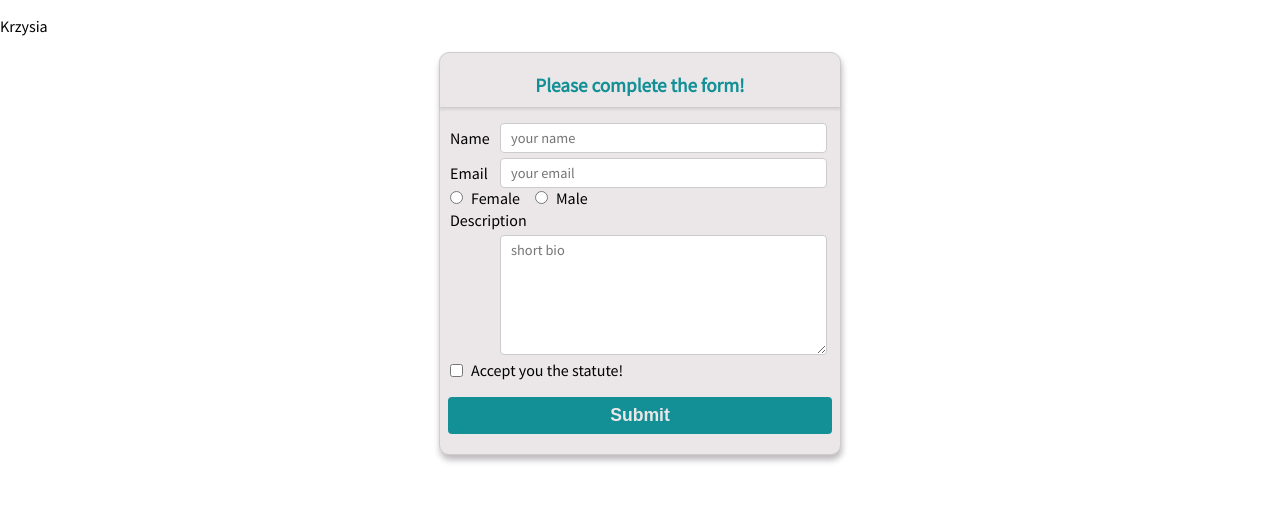
Repository: KrzysKolo/sr_tydzien4_zad2
Page: /
These files come from the project's save history. The page is drawn as it stood at one moment and after the next save; the edit follows.
The browser window is 1280 px wide. The pictures show the whole page.
The project was rebuilt for these pictures with package versions that can differ from the ones it lists, and the page was loaded fresh each time. Also part of the build but not shown: src/components/formComponents/ErrorMessage.js, src/components/formComponents/Message.js.

Above is the page before, as saved 2020-11-27 23:49:37.

### src/index.css
@import url("https://fonts.googleapis.com/css?family=Source+Sans+Pro");
body {
  margin: 0;
  font-family: "Source Sans Pro", sans-serif;
}

code {
  font-family: source-code-pro, Menlo, Monaco, Consolas, "Courier New",
    monospace;
}

### src/App.js
import React from 'react'
import Form from './components/Form';

function App() {
  return (
    <div>
      <p>Krzysia</p>
      <Form />
    </div>
  )
}

export default App

### src/components/Form.js
import React, { Component } from 'react';
import Input from './formComponents/Input';
import TextArea from './formComponents/TextArea';
import Checkbox from './formComponents/Checkbox';
import Radio from './formComponents/Radio';
import Button from './formComponents/Button';
import Header from './formComponents/Header';
import Message from './formComponents/Message';
import radioOptions from './data/RadioOptions';
import styled from 'styled-components';

const ContainerForm = styled.form`
width: 80%;
max-width: 400px;
background: rgb(235, 231, 232);
border: 1px solid rgb(206, 204, 204);
border-radius: 10px;
box-shadow: 1px 5px 6px rgb(189, 185, 189);
margin: 0 auto;
`;

class Form extends Component {

state = {
    Name: '',
    Email: '',
    Description: '',
    accept: false,
    gender: '',
    message: '',
    errors: {
        Name: false,
        Email: false,
        Description: false,
        accept: false,
        gender: false,
        }
}
message = {
    Name_incorrect: "Nazwa musi być dłuższa niż 5 znaków i nie może zawierać spacji",
    Email_incorrect: "Brak @ lub adres zawiera spacje",
    Description_incorrect: "Opis musi zawierać co min 3 znaki i max 150 znaków",
    accept_incorrect: "Nie potwierdziłeś regulaminu",
    gender_incorrect: "Określ płeć",
}

handleChange = e =>{
    const inputName = e.target.name;
    const value = e.target.value;
    this.setState(prev => ({...prev, [inputName]: value}))
}
onSubmit = e => {
    e.preventDefault();
    const validation = this.formValidation();
    if(validation.correct) {
      this.setState({
        Name: "",
        Email: "",
        Description: '',
        accept: false,
        gender: '',
        message: "The form has been submitted!",
        errors: {
          Name: false,
          Email: false,
          Description: false,
          accept: false,
          gender: false,
        }
      })
    } else {
      this.setState({
        errors: {
          Name: !validation.Name,
          Email: !validation.Email,
          Description: !validation.Description,
          accept: !validation.accept,
          gender: !validation.gender,
        }
      })
    }
}

formValidation = () => {
    let Name = false;
    let Email = false;
    let Description = false;
    let accept = false;
    let gender = false;
    let correct = false;
    if(this.state.Name.length > 5) {
      Name = true;
    }
    if(this.state.Email.indexOf('@') !== -1 && this.state.Email.lastIndexOf(' ') === -1) {
      Email = true;
    }
    if(this.state.Description.length >= 3 && this.state.Description.length <= 150) {
      Description = true;
    }
    if(this.state.accept) {
      accept = true;
    }
    if(this.state.gender) {
      gender = true;
    }
    if (Name && Email && Description && accept && gender){
        correct = true;
      }
   return ({
      Name,
      Email,
      Description,
      accept,
      gender,
      correct,

    })

  }

    render () {

    return (
        <ContainerForm onSubmit={this.onSubmit} noValidate>
          <Header />
          <Input type="text" placeholder="your name" value={this.state.Name} name="Name" onChange={this.handleChange} errorInfo={this.state.errors.Name} message={this.message.Name_incorrect} />
          <Input type="email" placeholder="your email" value={this.state.Email} name="Email" onChange={this.handleChange} errorInfo={this.state.errors.Email} message={this.message.Email_incorrect} />
          <Radio type="radio" name="gender" options={radioOptions} onChange={this.handleChange} errorInfo={this.state.errors.gender} message={this.message.gender_incorrect}/>
          <TextArea  rows="6" placeholder="short bio" value={this.state.Description} name="Description" onChange={this.handleChange} errorInfo={this.state.errors.Description} message={this.message.Description_incorrect} />
          <Checkbox  type="checkbox" name="accept" checked={this.state.accept}  onChange={this.handleChange} errorInfo={this.state.errors.accept} message={this.message.accept_incorrect} />
          <Button type="submit" />
          {this.state.message && <Message message={this.state.message} /> }
        </ContainerForm>
    )
    }
}

export default Form

### src/components/formComponents/Input.js
import React from 'react'
import styled from 'styled-components';
import ErrorMessage from './ErrorMessage';
const InputDiv = styled.div`
    display: flex;
    flex-direction: row;
    align-content: center;
    margin: 0 auto;
    padding-top: 5px;
`;
const InputLabel = styled.label`
    width: 10%;
    font-size: 1rem;
    padding: 5px 10px;
`;
const inputStyles = errorInfo => `
    width: 80%;
    max-width: 305px;
    padding: 5px 10px;
    border: 1px solid ${errorInfo ? '#d3170d' : '#ccc'};
    border-radius: 4px;
    font-family: inherit;
    font-size: 0.9rem;
`;
const InputError = styled.input`
    ${props => inputStyles(props.errorInfo)}
`;

const TextArea = (props) => {
    const { name, message, errorInfo }= props;
    return (
        <>
            <InputDiv>
                <InputLabel htmlFor={name} >{name} </InputLabel>
                <InputError id={name} {...props} errorInfo={errorInfo} message={message}/>
            </InputDiv>
            {errorInfo && <ErrorMessage message={message} /> }
        </>
    )

}

export default TextArea;

### src/components/formComponents/TextArea.js
import React from 'react'
import styled from 'styled-components';
import ErrorMessage from './ErrorMessage';

const TextAreaDiv = styled.div`
    display: flex;
    flex-direction: column;
    align-content: center;
    margin: 0 auto;
    padding-top: 5px;

`;
const TextAreaLabel = styled.label`
    width: 10%;
    font-size: 1rem;
    padding: 5px 10px;
`;
const textAreaStyles = errorInfo => `
    width: 80%;
    max-width: 305px;
    margin: 0 auto 0 15%;
    padding: 5px 10px;
    border: 1px solid ${errorInfo ? '#d3170d' : '#ccc'};
    border-radius: 4px;
    font-family: inherit;
    font-size: 0.9rem;

`;
const TextAreaError = styled.textarea`
    ${props => textAreaStyles(props.errorInfo)}
`;

const Input = (props) => {
    const { name, message, errorInfo }= props;
    return (
        <>
            <TextAreaDiv>
                <TextAreaLabel htmlFor={name}>{name} </TextAreaLabel>
                <TextAreaError id={name} {...props} errorInfo={errorInfo} message={message}/>
            </TextAreaDiv>
            {errorInfo && <ErrorMessage message={message} /> }
        </>
    )

}

export default Input;

### src/components/formComponents/Checkbox.js
import React from 'react'
import styled from 'styled-components';
import ErrorMessage from './ErrorMessage';

const CheckboxDiv = styled.div`
    display: flex;
    flex-direction: row;
    align-items: center;
    margin-bottom: -8px;

`;
const CheckboxLabel = styled.label`
    font-size: 1rem;
    padding: 5px;
`;

const CheckboxError = styled.input`
    margin-left: 10px;
`;

const Checkbox = (props) => {
    const { name, message, errorInfo }= props;
    return (
        <>
            <CheckboxDiv>
                <CheckboxError id={name} {...props} errorInfo={errorInfo} message={message}/>
                <CheckboxLabel htmlFor={name}> Accept you the statute! </CheckboxLabel>
            </CheckboxDiv>
            {errorInfo && <ErrorMessage message={message} /> }
        </>
    )

}

export default Checkbox;

### src/components/formComponents/Radio.js
import React from 'react'
import styled from 'styled-components';
import ErrorMessage from './ErrorMessage';

const RadioDiv = styled.div`
    display: flex;
    flex-direction: row;
    align-items: center;
    margin-bottom: -8px;

`;
const RadioLabel = styled.label`
    font-size: 1rem;
    padding: 5px;
`;

const RadioError = styled.input`
    margin-left: 10px;
`;

const Checkbox = (props) => {
    const { name,  message, errorInfo, options }= props;
    return (
        <>
            <RadioDiv>
              {options.map(option =>  <div key={option.id}>
                    <RadioError id={option.id} name={name} {...props} errorInfo={errorInfo} message={message} />
                    <RadioLabel htmlFor={option.id}>{option.label}</RadioLabel>
                </div>)}
             </RadioDiv>
            {errorInfo && <ErrorMessage message={message} /> }
        </>

    )

}

export default Checkbox;

### src/components/formComponents/Button.js
import React from 'react'
import styled from 'styled-components';

const BtnSubmit = styled.button`
    background: rgb(19, 144, 150);
    border: none;
    border-radius: 4px;
    color: rgb(235, 231, 232);
    cursor: pointer;
    display: block;
    font-size: 1.1rem;
    font-weight: 700;
    margin: 5% auto;
    outline: none;
    padding: 8px 0;
    transition: all 0.3s ease-in-out;
    width: 96%;
    &:hover {
        background: transparent;
        border: 1px solid rgba(19, 144, 150, 0.3);
        color: rgb(19, 144, 150);
    }

`;

const Button = () => {
    return (
        <BtnSubmit>Submit</BtnSubmit>
    )
}

export default Button;

### src/components/formComponents/Header.js
import React from 'react';
import styled from 'styled-components';

const HeaderTitle = styled.header`
    border-bottom: 1px solid rgb(206, 204, 204);
    box-shadow: 0 2px 2px rgba(189, 185, 189, 0.4);
    color: rgb(19, 144, 150);
    font-size: 1.2rem;
    font-weight: 900;
    padding: 10px;
    margin: 10px auto;
    text-align: center;

`;

const Header = () => {
    return (
        <HeaderTitle>
            Please complete the form!
        </HeaderTitle>
    )
}

export default Header;

### src/components/data/RadioOptions.js
const RadioOptions=[
    { id: 0, value: "female", label: 'Female' },
    { id: 1, value: "male", label: 'Male' },


];
export default RadioOptions;

Loaded but not shown: public/index.html (common file); src/index.js (common file)

After the next save:
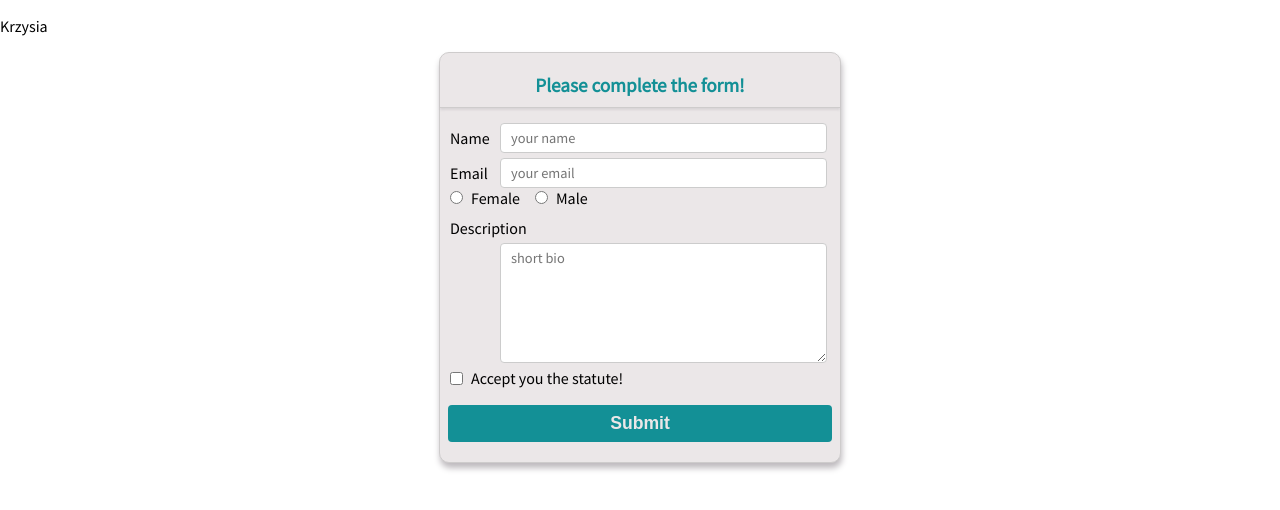
Saved 3 min 53 s later.
--- a/src/components/formComponents/Radio.js
+++ b/src/components/formComponents/Radio.js
@@ -6,8 +6,6 @@ const RadioDiv = styled.div`
     display: flex;
     flex-direction: row;
     align-items: center;
-    margin-bottom: -8px;
-
 `;
 const RadioLabel = styled.label`
     font-size: 1rem;
@@ -23,7 +21,8 @@ const Checkbox = (props) => {
     return (
         <>
             <RadioDiv>
-              {options.map(option =>  <div key={option.id}>
+              {options.map(option =>
+                <div key={option.id}>
                     <RadioError id={option.id} name={name} {...props} errorInfo={errorInfo} message={message} />
                     <RadioLabel htmlFor={option.id}>{option.label}</RadioLabel>
                 </div>)}
